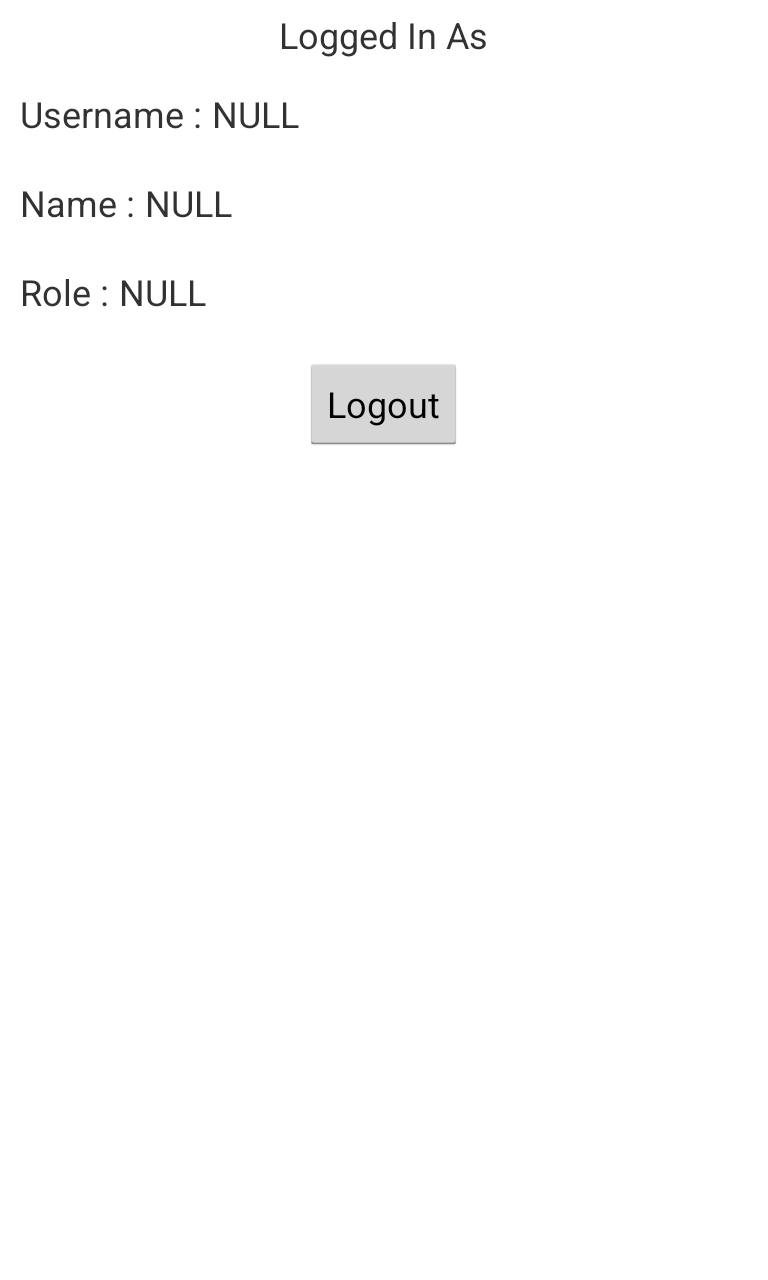
Repository: LennoxAlexion/UID
Layout: Android App/Uid-Project/res/layout/activity_sec_page.xml
An editor plug-in stored every save of this project. The layout is shown before and after the next save, followed by the edit.
It is drawn on a 768 x 1280 px phone screen (xhdpi) without system bars, with theme AppTheme; the app's code is not run.

Above is the layout before, as saved 2015-03-29 06:17:27.

### Android App/Uid-Project/res/layout/activity_sec_page.xml
<?xml version="1.0" encoding="utf-8"?>
<LinearLayout xmlns:android="http://schemas.android.com/apk/res/android"
    android:layout_width="match_parent"
    android:layout_height="match_parent"
    android:orientation="vertical" >

    <TextView
        android:layout_width="wrap_content"
        android:layout_height="wrap_content"
        android:layout_gravity="center_horizontal"
        android:layout_margin="5dp"
        android:gravity="center"
        android:text="Logged In As"
        android:textSize="18dp" />

    <LinearLayout
        android:layout_width="fill_parent"
        android:layout_height="wrap_content"
        android:layout_margin="5dp"
        android:orientation="horizontal"
        android:padding="5dp" >

        <TextView
            android:layout_width="wrap_content"
            android:layout_height="wrap_content"
            android:text="Username :"
            android:textSize="18dp" />

        <TextView
            android:id="@+id/TextView_Username"
            android:layout_width="wrap_content"
            android:layout_height="wrap_content"
            android:layout_marginLeft="5dp"
            android:text="NULL"
            android:textSize="18dp" />
    </LinearLayout>

    <LinearLayout
        android:layout_width="fill_parent"
        android:layout_height="wrap_content"
        android:layout_margin="5dp"
        android:orientation="horizontal"
        android:padding="5dp" >

        <TextView
            android:layout_width="wrap_content"
            android:layout_height="wrap_content"
            android:text="Name :"
            android:textSize="18dp" />

        <TextView
            android:id="@+id/TextView_Name"
            android:layout_width="wrap_content"
            android:layout_height="wrap_content"
            android:layout_marginLeft="5dp"
            android:text="NULL"
            android:textSize="18dp" />
    </LinearLayout>

    <LinearLayout
        android:layout_width="fill_parent"
        android:layout_height="wrap_content"
        android:layout_margin="5dp"
        android:orientation="horizontal"
        android:padding="5dp" >

        <TextView
            android:layout_width="wrap_content"
            android:layout_height="wrap_content"
            android:text="Role :"
            android:textSize="18dp" />

        <TextView
            android:id="@+id/TextView_Role"
            android:layout_width="wrap_content"
            android:layout_height="wrap_content"
            android:layout_marginLeft="5dp"
            android:text="NULL"
            android:textSize="18dp" />
    </LinearLayout>

    <LinearLayout
        android:layout_width="fill_parent"
        android:layout_height="wrap_content"
        android:layout_margin="5dp"
        android:orientation="horizontal"
        android:padding="5dp"
        android:layout_gravity="center_horizontal"
        android:gravity="center">

    <Button
        android:id="@+id/Button_Logout"
        android:layout_width="wrap_content"
        android:layout_height="wrap_content"
        android:text="Logout" />
    </LinearLayout>

</LinearLayout>

Loaded but not shown: Android App/Uid-Project/res/values/styles.xml (common file); Android App/Uid-Project/res/values-v11/styles.xml (common file); Android App/Uid-Project/res/values-v14/styles.xml (common file); Android App/Uid-Project/res/values-v21/styles.xml (common file)

After the next save:
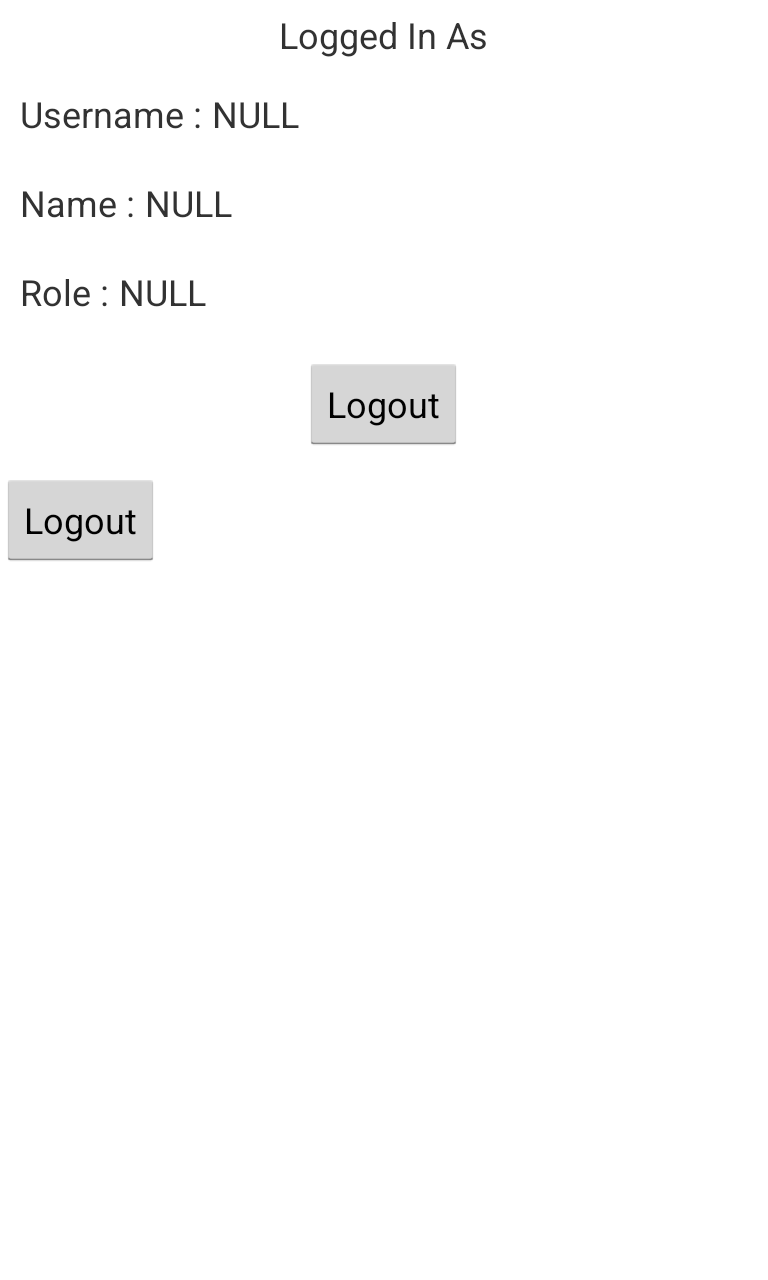
Saved 35 s later.
--- a/Android App/Uid-Project/res/layout/activity_sec_page.xml
+++ b/Android App/Uid-Project/res/layout/activity_sec_page.xml
@@ -87,7 +87,12 @@
         android:padding="5dp"
         android:layout_gravity="center_horizontal"
         android:gravity="center">
-
+    <Button
+        android:id="@+id/Button_Sec_Page_Scan"
+        android:layout_width="wrap_content"
+        android:layout_height="wrap_content"
+        android:text="Logout" />
+    </LinearLayout>
     <Button
         android:id="@+id/Button_Logout"
         android:layout_width="wrap_content"
